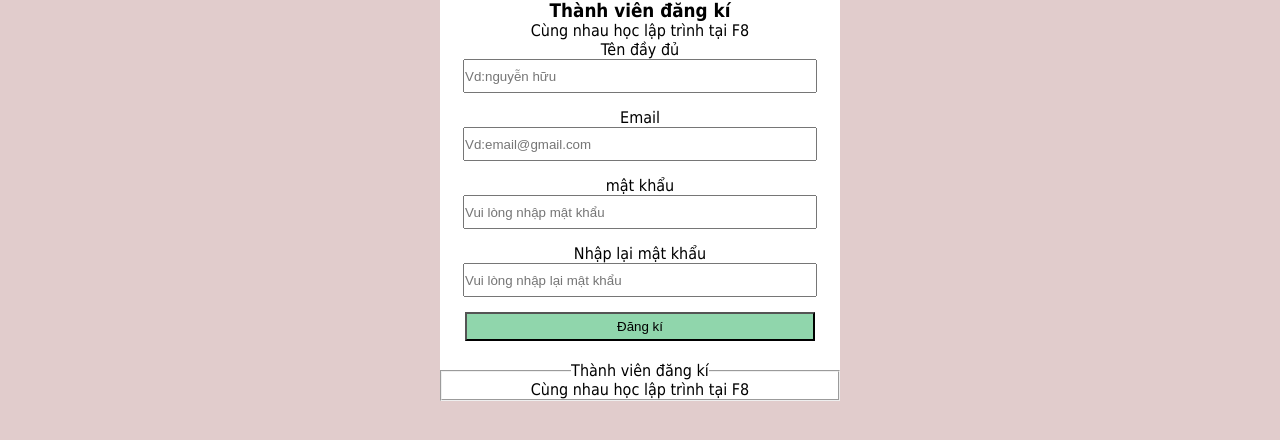
Repository: HuunvDev/Validator
Page: index.html
The author's editor kept a copy of each file at every save. The page is drawn from the files as they stood at one save, then again after the next save.
The browser window is 1280 px wide. The pictures show the whole page.

Above is the page before, as saved 2022-08-20 08:58:28.

### index.html
<!DOCTYPE html>
<html lang="en">
<head>
    <meta charset="UTF-8">
    <meta http-equiv="X-UA-Compatible" content="IE=edge">
    <meta name="viewport" content="width=device-width, initial-scale=1.0">
    <title>Document</title>
    <link rel="stylesheet" href="style.css">
</head>
<body>
    <div class="main">
        <form action="" method="POST" class="form" id="form-1">
            <h3 class="heading">Thành viên đăng kí</h3>
            <p class="desc">Cùng nhau học lập trình tại F8</p>
            <div class="pacer"></div>
            <div class="form-group">
                <label for="fullName" class="form-lable">Tên đầy đủ</label><br>
                <input type="text" id="fullName" name="fullName" placeholder="Vd:nguyễn hữu"><br>
                <span class="form-message"></span>
            </div>
            <div class="form-group">
                <label for="email" class="form-lable">Email</label><br>
                <input type="text" id="email" name="email" placeholder="Vd:email@gmail.com"><br>
                <span class="form-message"></span>
            </div>
            <div class="form-group">
                <label for="password" class="form-lable">mật khẩu</label><br>
                <input type="text" id="password" name="password" placeholder="Vui lòng nhập mật khẩu"><br>
                <span class="form-message"></span>
            </div>
            <div class="form-group">
                <label for="password_confirmation" class="form-lable">Nhập lại mật khẩu</label><br>
                <input type="text" id="password_confirmation" name="password_confirmation" placeholder="Vui lòng nhập lại mật khẩu"><br>
                <span class="form-message"></span>
            </div>
           <button class="form-submit">Đăng kí</button>
        </form>
    </div>
    <form action="register" name ="form-name">
        <fieldset>
            <legend>Thành viên đăng kí</legend>
            <p>Cùng nhau học lập trình tại F8</p>

        </fieldset>
    </form>

    <script src="main.js"></script>
</body>
</html>

### style.css
form{
    width: 400px;
    margin: auto;
    font-family: tahoma;
    text-align: center;
    background-color: #fff;
}
*{
    margin:0;
    padding:0;
    overflow: hidden;
}
body{
    background-color: rgb(225, 204, 204);
}
input{
    width: 350px;
    height: 30px;
    margin-bottom:15px;
}
button.form-submit {
    padding: 5px;
    width: 350px;
    background-color: #90d6ac;
    margin-bottom: 20px;
}
span{
    font-size: 13px;
    color:grey;
}

### main.js
var fullName = document.getElementById('fullName');
var message = document.getElementsByClassName("form-message");
console.log(message)
fullName.onblur = function(){
    if(!fullName.value){
        message.innerText ="Vui lòng nhập trường này";
    }
}

After the next save:
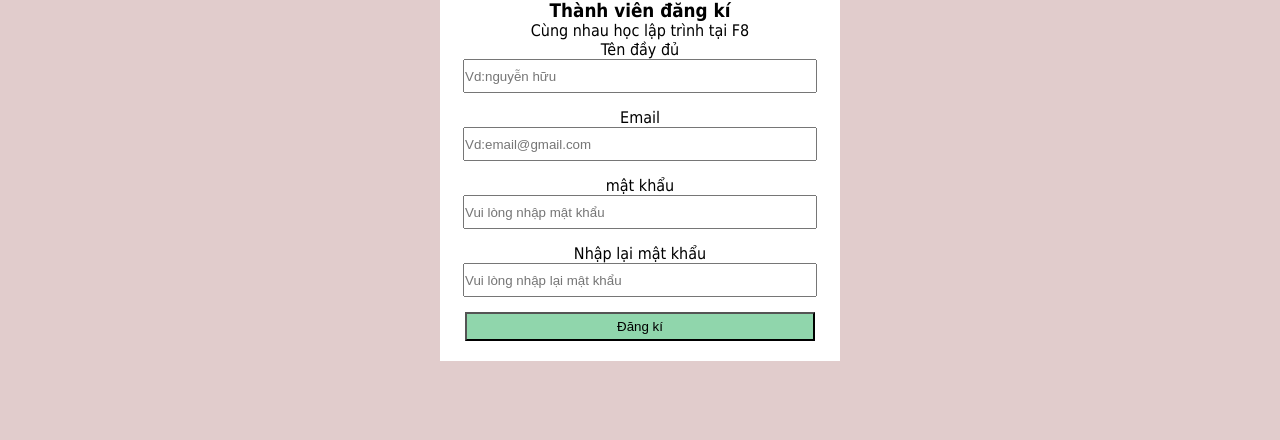
Saved 8 s later.
--- a/index.html
+++ b/index.html
@@ -36,14 +36,6 @@
            <button class="form-submit">Đăng kí</button>
         </form>
     </div>
-    <form action="register" name ="form-name">
-        <fieldset>
-            <legend>Thành viên đăng kí</legend>
-            <p>Cùng nhau học lập trình tại F8</p>
-
-        </fieldset>
-    </form>
-
     <script src="main.js"></script>
 </body>
 </html>
